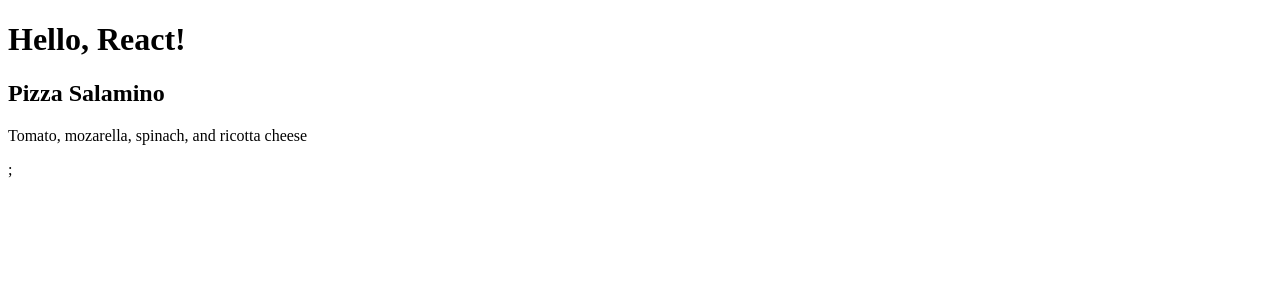
Repository: Aaryan-Poria/pizza-menu
Page: /
An editor plug-in stored every save of this project. The page is shown before and after the next save, followed by the edit.
The browser window is 1280 px wide. The pictures show the whole page.
The project was rebuilt for these pictures with package versions that can differ from the ones it lists, and the page was loaded fresh each time.

Above is the page before, as saved 2023-10-02 12:55:10.

### src/index.js
import React from "react";
import ReactDOM from "react-dom/client";

const pizzaData = [
  {
    name: "Focaccia",
    ingredients: "Bread with italian olive oil and rosemary",
    price: 6,
    photoName: "pizzas/focaccia.jpg",
    soldOut: false,
  },
  {
    name: "Pizza Margherita",
    ingredients: "Tomato and mozarella",
    price: 10,
    photoName: "pizzas/margherita.jpg",
    soldOut: false,
  },
  {
    name: "Pizza Spinaci",
    ingredients: "Tomato, mozarella, spinach, and ricotta cheese",
    price: 12,
    photoName: "pizzas/spinaci.jpg",
    soldOut: false,
  },
  {
    name: "Pizza Funghi",
    ingredients: "Tomato, mozarella, mushrooms, and onion",
    price: 12,
    photoName: "pizzas/funghi.jpg",
    soldOut: false,
  },
  {
    name: "Pizza Salamino",
    ingredients: "Tomato, mozarella, and pepperoni",
    price: 15,
    photoName: "pizzas/salamino.jpg",
    soldOut: true,
  },
  {
    name: "Pizza Prosciutto",
    ingredients: "Tomato, mozarella, ham, aragula, and burrata cheese",
    price: 18,
    photoName: "pizzas/prosciutto.jpg",
    soldOut: false,
  },
];

function App() {
  return (
    <div>
      <h1>Hello, React!</h1>
      <Pizza />
    </div>
  );
}

function Pizza() {
  return (
    <div>
      <h2> Pizza Salamino</h2>
      <p>Tomato, mozarella, spinach, and ricotta cheese</p>;
    </div>
  );
}

// React Version 18 and further
const root = ReactDOM.createRoot(document.getElementById("root"));
root.render(
  <React.StrictMode>
    <App />
  </React.StrictMode>
);

Loaded but not shown: public/index.html (common file)

After the next save:
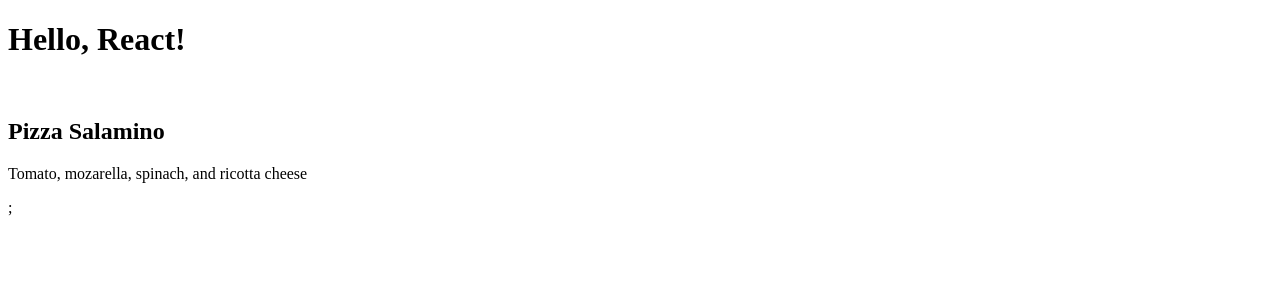
Saved 68 s later.
--- a/src/index.js
+++ b/src/index.js
@@ -58,6 +58,7 @@ function App() {
 function Pizza() {
   return (
     <div>
+      <img src=""></img>
       <h2> Pizza Salamino</h2>
       <p>Tomato, mozarella, spinach, and ricotta cheese</p>;
     </div>
